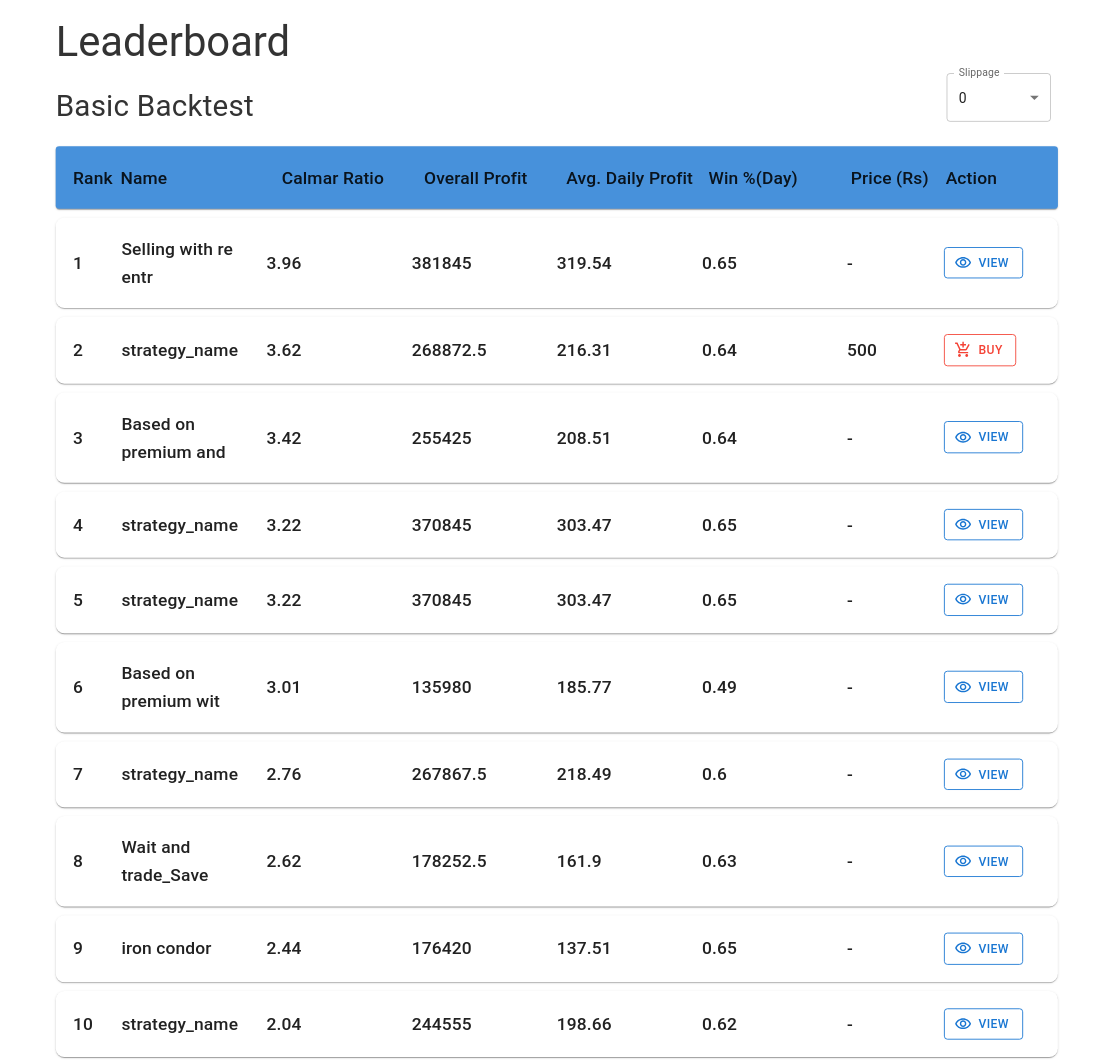
Repository: PraTEEkgUpTa2/Leaderboard
Page: /
The author's editor kept a copy of each file at every save. The page is drawn from the files as they stood at one save, then again after the next save.
The browser window is 1280 px wide. The pictures show the whole page, at 87% of full size.
The project was rebuilt for these pictures with package versions that can differ from the ones it lists, and the page was loaded fresh each time. Also part of the build but not shown: src/App.css.

Above is the page before, as saved 2024-05-28 14:21:12.

After the next save:
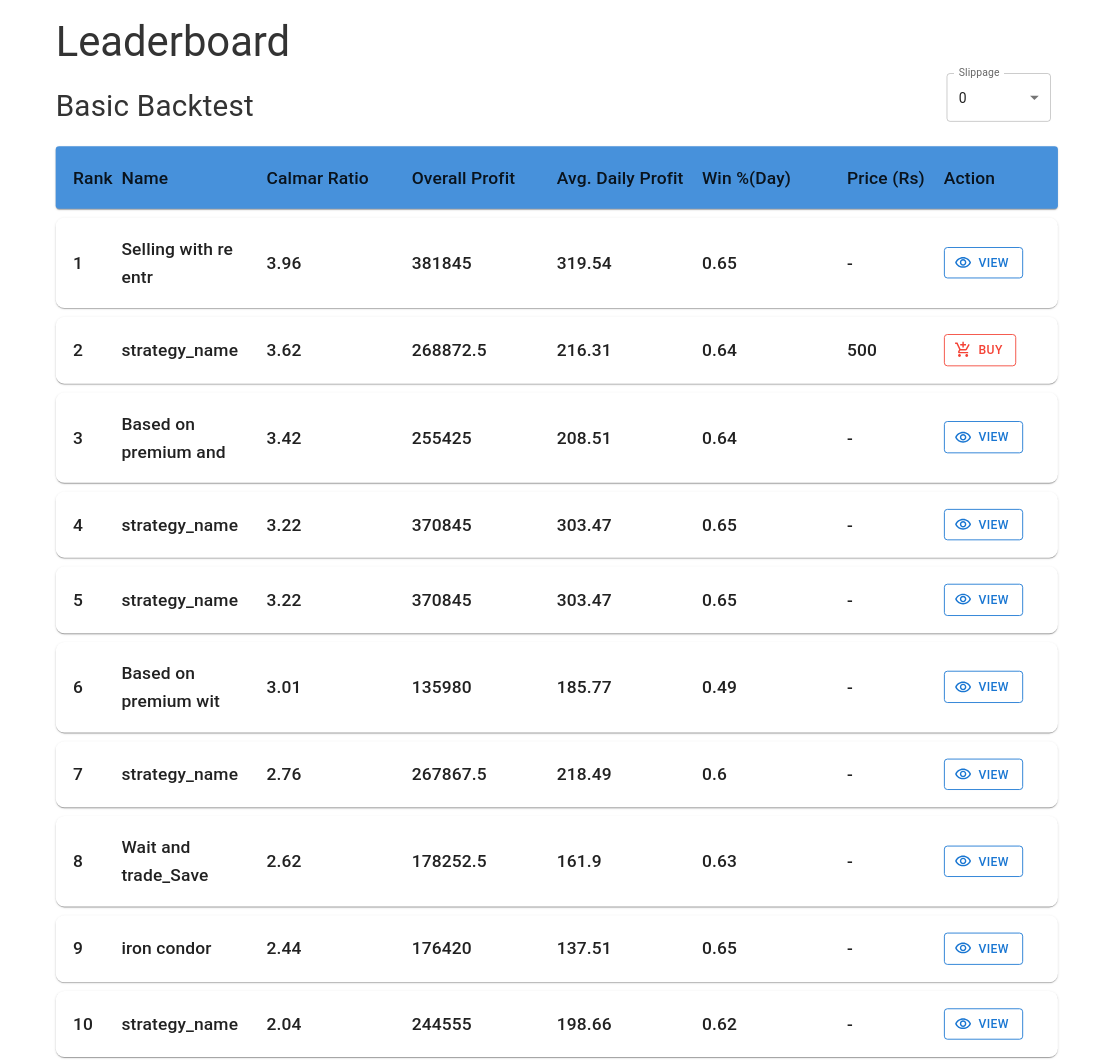
Saved 12 s later.
--- a/src/Leaderboard.js
+++ b/src/Leaderboard.js
@@ -106,7 +106,7 @@ const Leaderboard = () => {
           <Box flexBasis="5%">
             <Typography variant="h6">Rank</Typography>
           </Box>
-          <Box flexBasis="17%">
+          <Box flexBasis="15%">
             <Typography variant="h6">Name</Typography>
           </Box>
           <Box flexBasis="15%">
